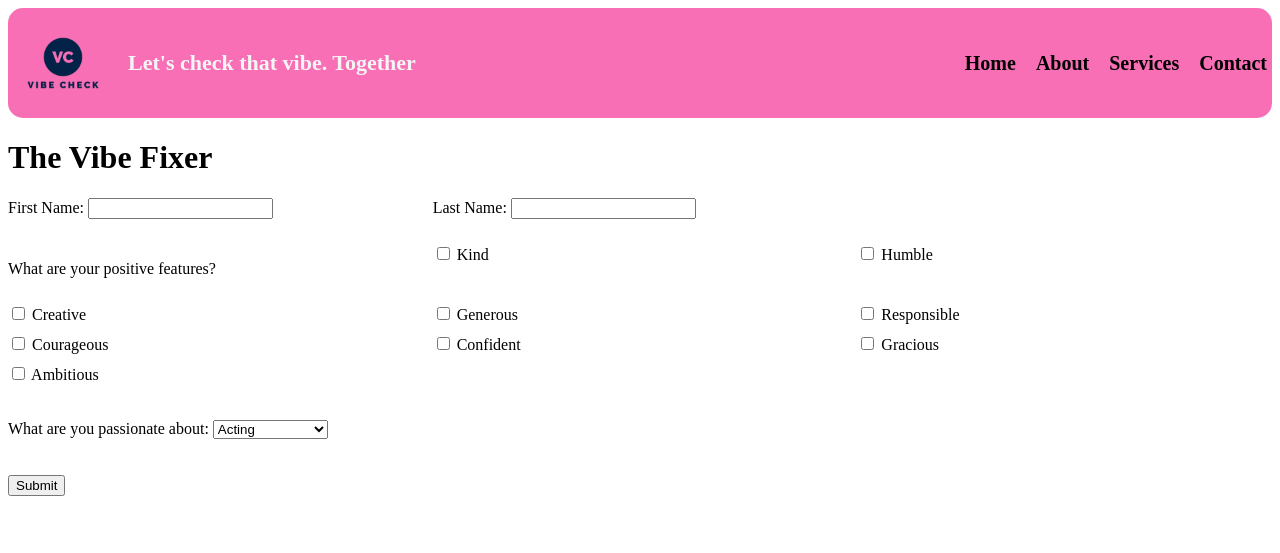
Repository: Chadloswald/Dis-Service
Page: docs/index.html
The author's editor kept a copy of each file at every save. The page is drawn from the files as they stood at one save, then again after the next save.
The browser window is 1280 px wide. The pictures show the whole page.

Above is the page before, as saved 2023-05-02 10:57:08.

After the next save:
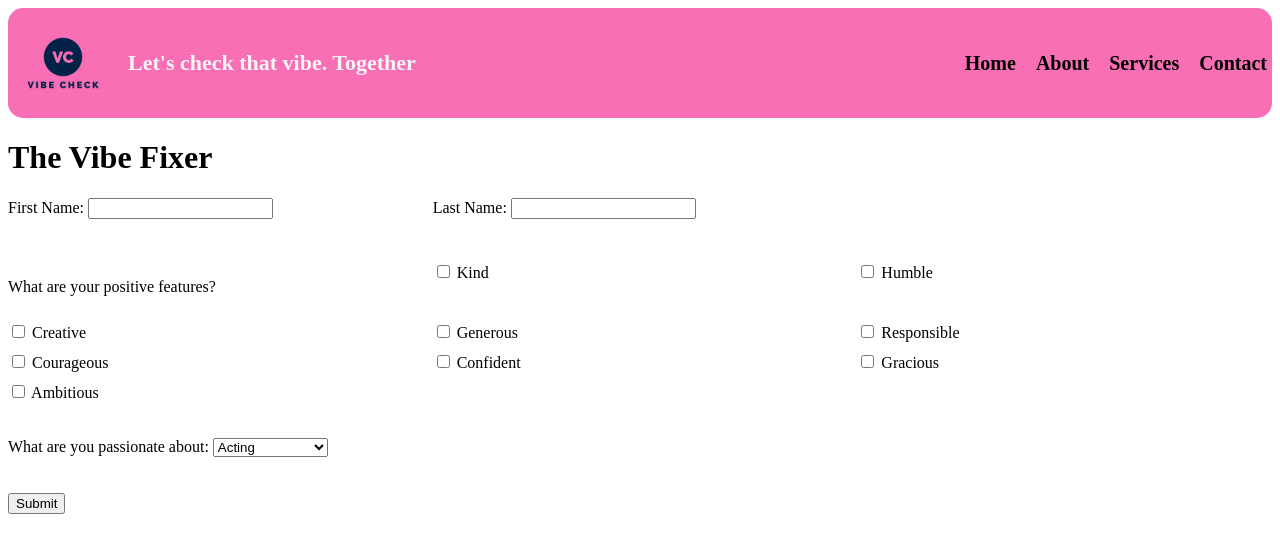
Saved 15 s later.
--- a/docs/index.html
+++ b/docs/index.html
@@ -32,7 +32,7 @@
 			Last Name:
 			<input type="text" name="lastname" id="lastname">
 		</label>
-		<br><br>
+		<br><br><br>
 		<!-- ----------------------------------------- -->
 		<p>What are your positive features?</p>
 		<label>
